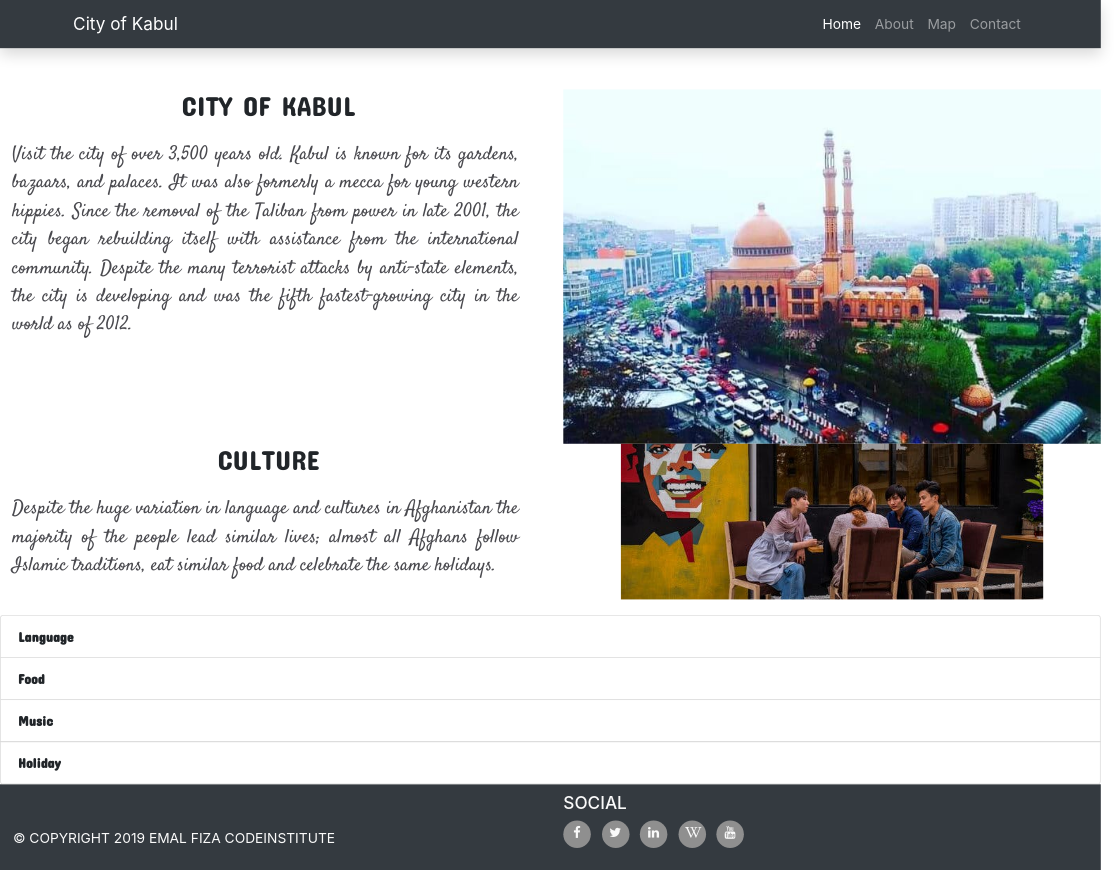
Repository: emalfiza/project-kabul
Page: about.html
The author's editor kept a record of every edit. The page is drawn from the files as they stood at one moment, then again after the next edit.
The browser window is 1280 px wide. The page is 1295 px wide, so the pictures cover 1295 px, including what lies to the right of the window. The pictures show the whole page, at 86% of full size.

Above is the page before.

After the next edit:
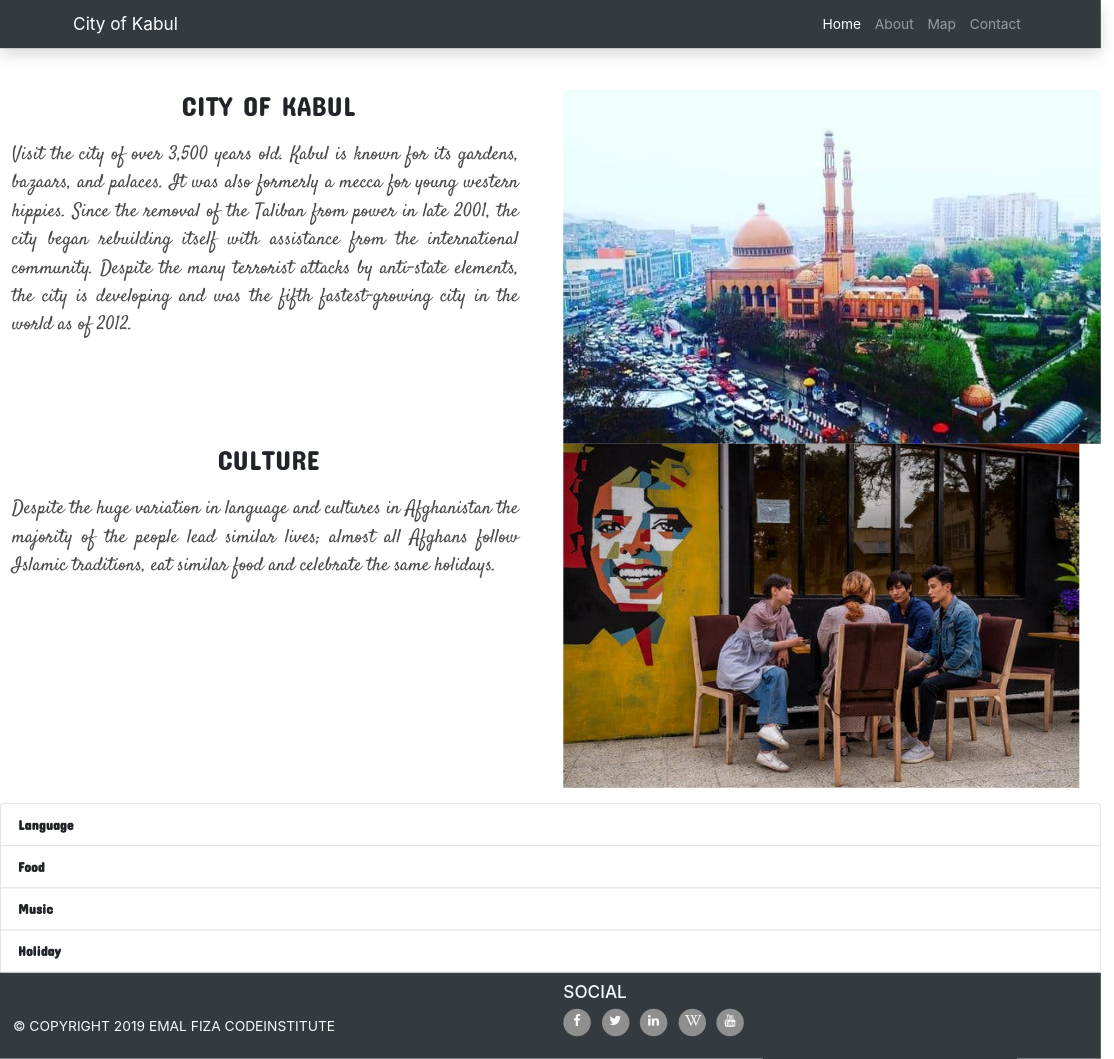
The edit:
--- a/about.html
+++ b/about.html
@@ -70,7 +70,8 @@
           Despite the huge variation in language and cultures in Afghanistan the majority of the people lead similar lives; almost all Afghans follow Islamic traditions, eat similar food and celebrate the same holidays.
         </p>
       </div>
-      <div class="col-sm-6 image-kb-culture">
+      <div class="col-sm-6 city-kb">
+         <img src="./assets/images/kabul-culture.jpg" class="img-fluid">
       </div>
     </div>
   </section>
